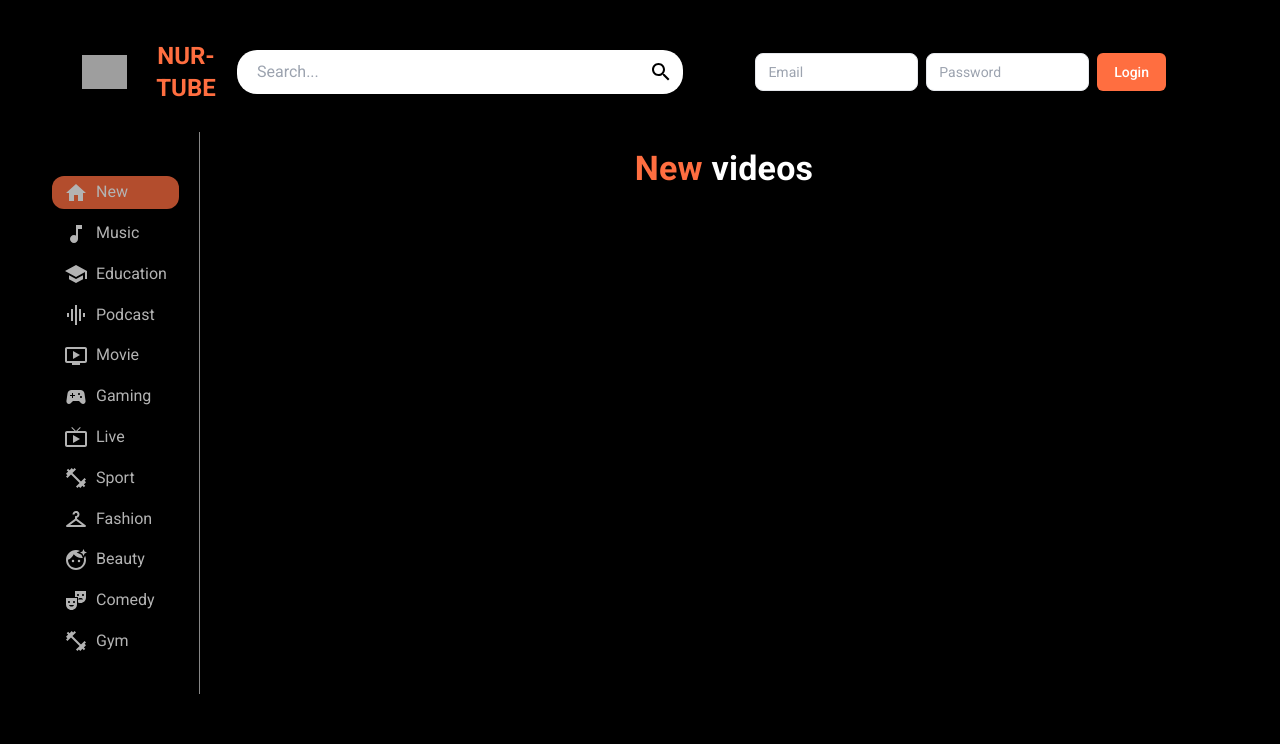
Repository: Nurlan-Bakenbaev/YoutubeClone
Page: /
An editor plug-in stored every save of this project. The page is shown before and after a run of saves, followed by the edit.
The browser window is 1280 px wide. The pictures show the whole page.
Pictures or frames that could not be fetched are drawn as grey boxes. The page's requests for data from a server got no answer. The project was rebuilt for these pictures with package versions that can differ from the ones it lists, and the page was loaded fresh each time. No one was signed in, and anything a server would have sent is missing. Also part of the build but not shown: vite.config.js, src/components/VideoCard.jsx, src/components/ChannelCard.jsx, src/components/Loader.jsx, src/components/VideoDetails.jsx, src/components/SearchFeed.jsx, src/components/ChannelDetails.jsx.

Above is the page before, as saved 2023-09-09 15:50:38.

After the next 2 saves:
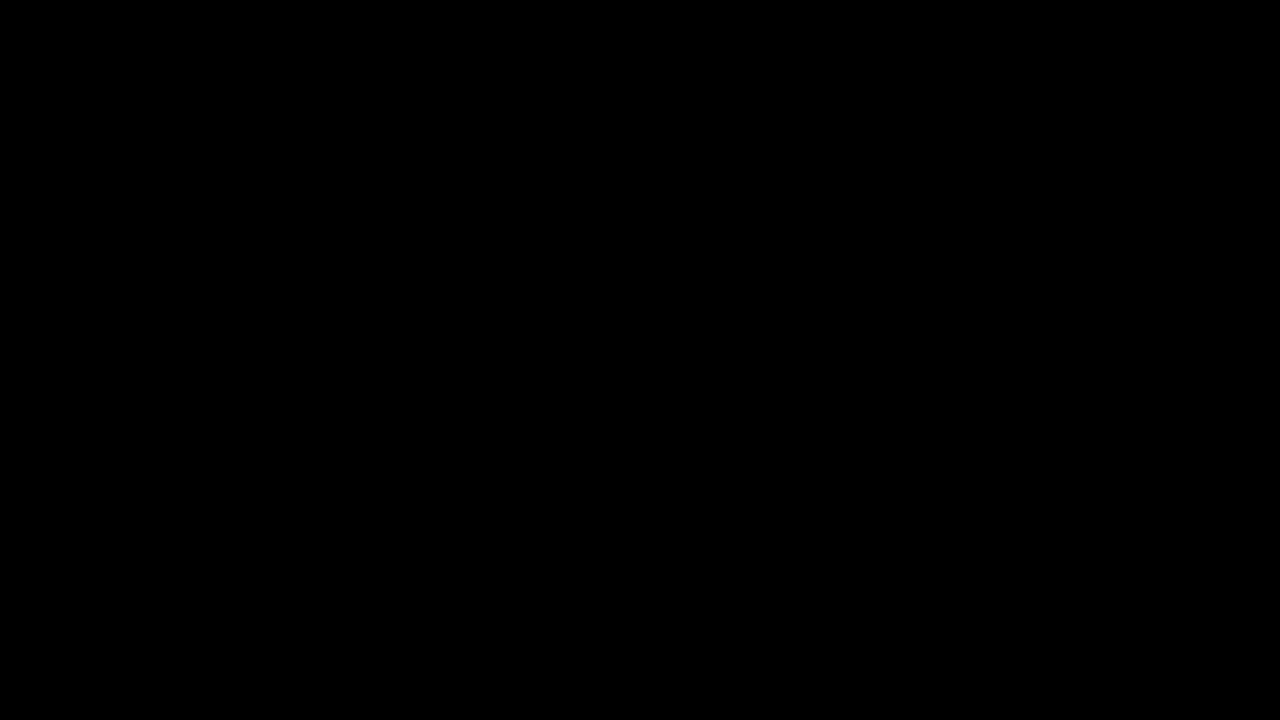
Console error: ReferenceError: Box is not defined
The 2 saves are shown as one change because they came seconds apart.
The last was saved 65 s later.
--- a/src/components/SignIn.jsx
+++ b/src/components/SignIn.jsx
@@ -28,7 +28,7 @@ if(islogin ===true){
     )
 }
   return (
-    <div className=" bg-none py-2 px-4 sm:px-6 lg:px-8">
+    <Box className=" bg-none py-2 px-4 sm:px-6 lg:px-8">
       <div className="">
         <div></div>
         <form onSubmit={handleSignIn}>
@@ -70,7 +70,7 @@ if(islogin ===true){
           </div>
         </form>
       </div>
-    </div>
+    </Box>
   );
 };
 

After the 3 saves that followed:
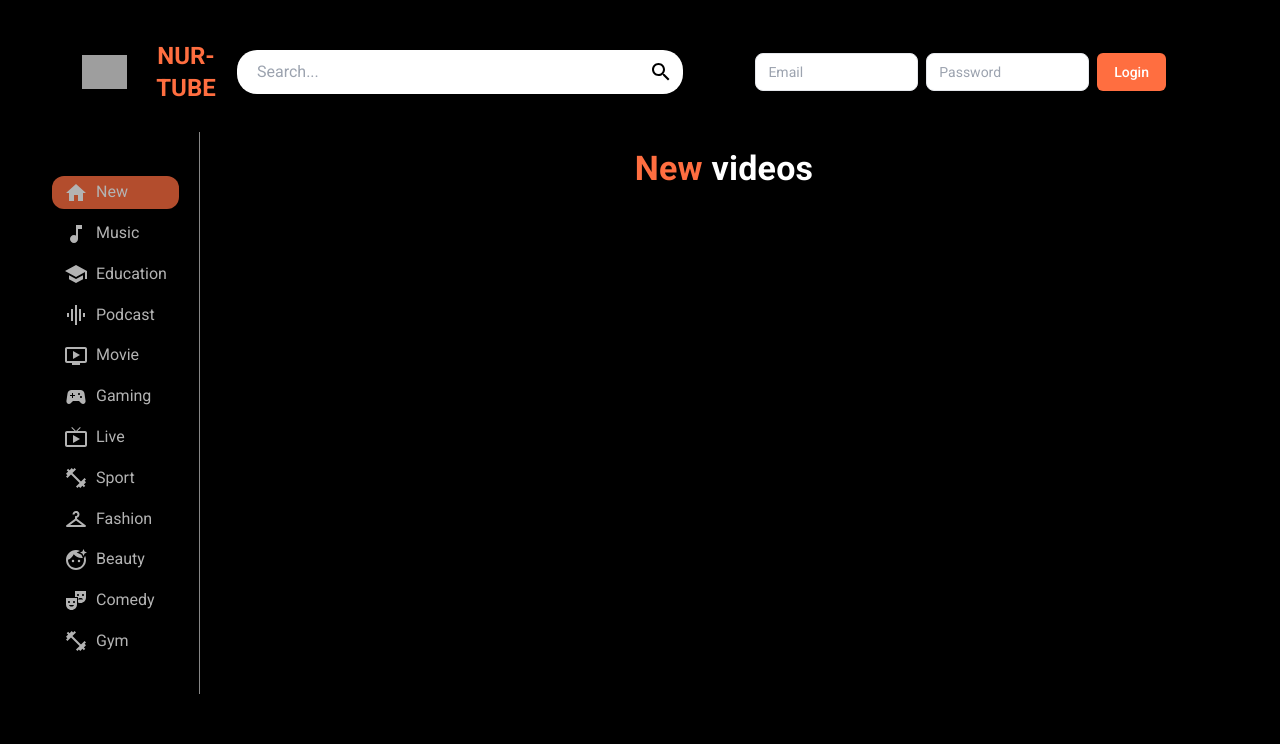
The error is gone.
The 3 saves are shown as one change because they came seconds apart.
The last was saved 14 s later.
--- a/src/components/SignIn.jsx
+++ b/src/components/SignIn.jsx
@@ -2,6 +2,7 @@ import React, { useState } from "react";
 import { createUserWithEmailAndPassword } from "firebase/auth";
 import auth from "./helpers/firebase";
 import { useNavigate } from "react-router-dom";
+import { Box } from "@mui/material";
 const SignIn = () => {
   const [email, setEmail] = useState("");
   const [password, setPassword] = useState("");
